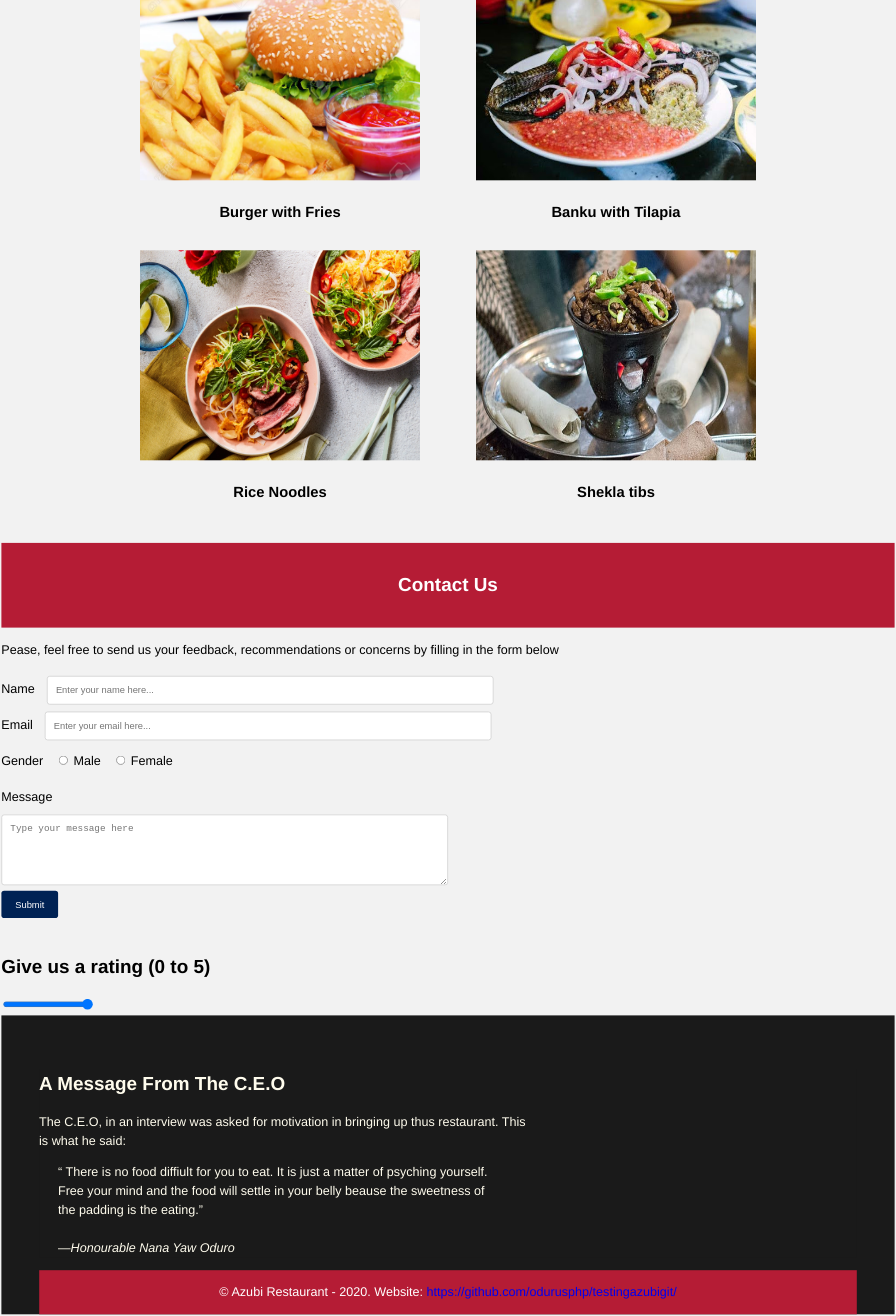
Repository: odurusphp/testingazubigit
Page: Fortune/FortunatusWulnye.html
An editor plug-in stored every save of this project. The page is shown before and after the next save, followed by the edit.
The browser window is 1280 px wide. The pictures show the part of the page from y = 2711 to 4631 px (the page is 4591 px tall before and 4631 px after), at 70% of full size.

Above is the page before, as saved 2020-08-05 21:38:53.

After the next save:
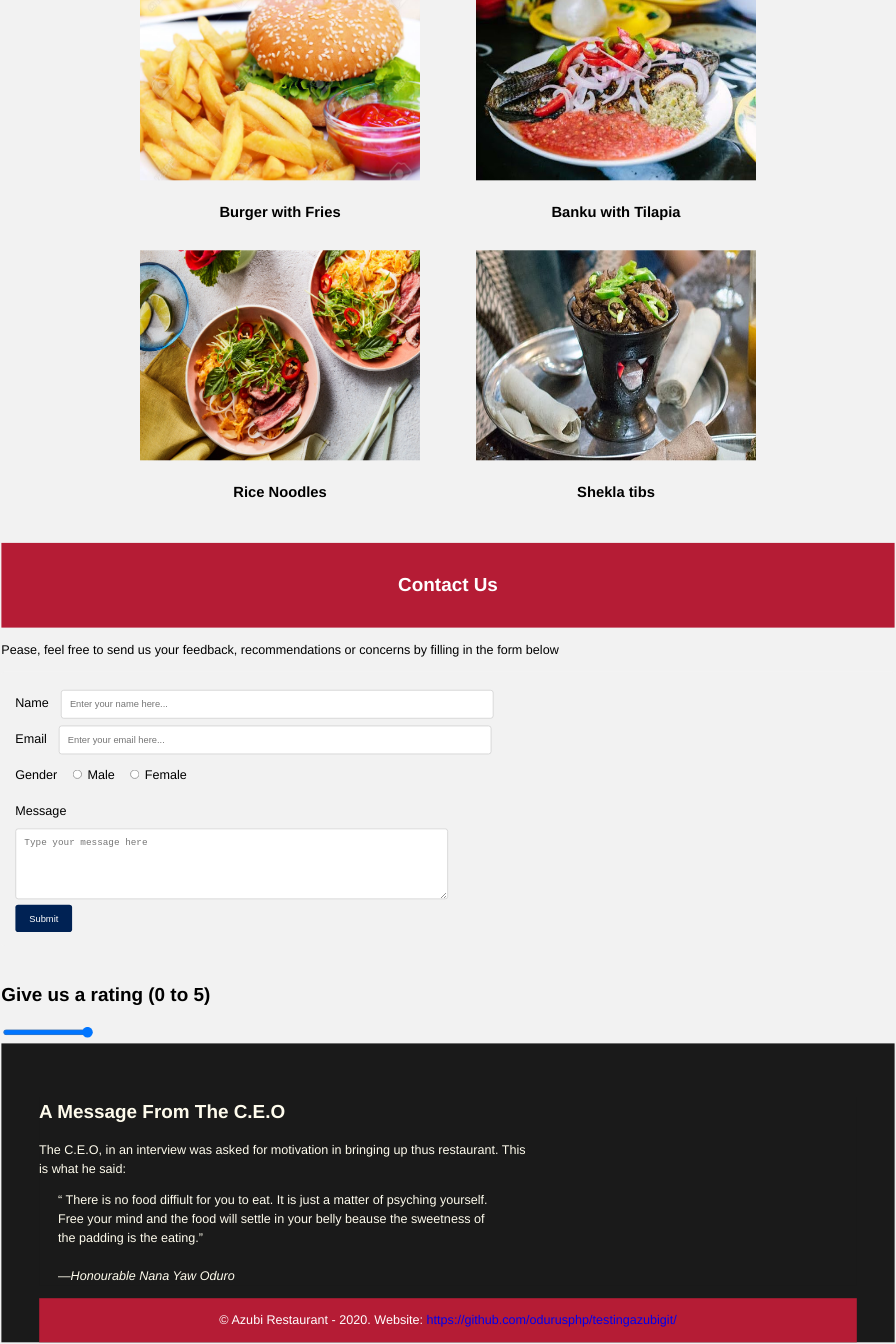
Saved 42 s later.
--- a/Fortune/css/style.css
+++ b/Fortune/css/style.css
@@ -161,6 +161,12 @@ header,
 main,
 section {
   display: block;
+}
+
+.form-container {
+  border-radius: 5px;
+  background-color: #f2f2f2;
+  padding: 20px;
 }
 
 label {
